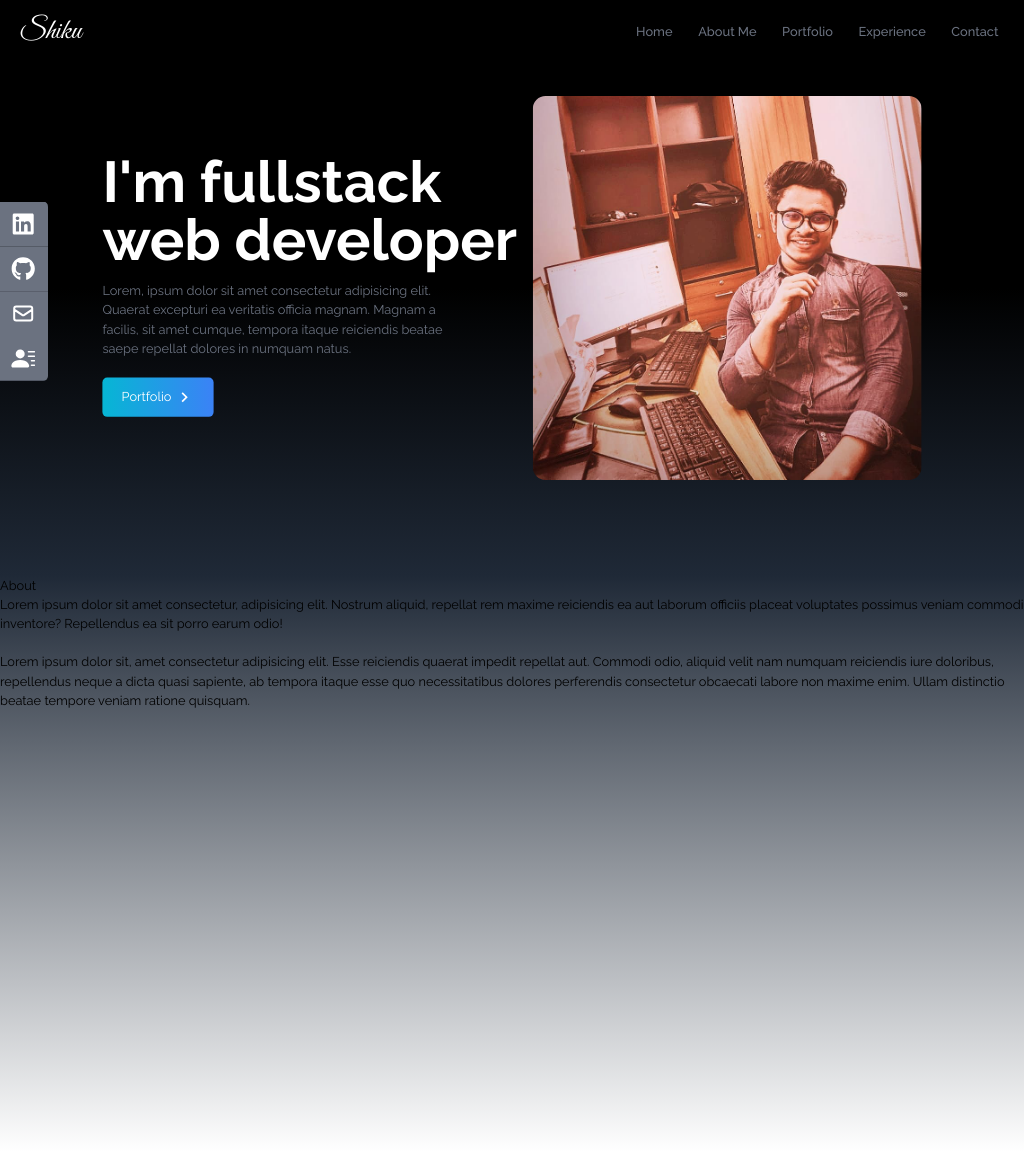
Repository: shikubro90/portfolio2
Page: /
These files come from the project's save history. The page is drawn as it stood at one moment and after the next save; the edit follows.
The browser window is 1280 px wide. The pictures show the whole page, at 80% of full size.
The project was rebuilt for these pictures with package versions that can differ from the ones it lists, and the page was loaded fresh each time. Imported but missing from the stored project, and not drawn on this page: src/assets/CV.pdf.

Above is the page before, as saved 2022-08-26 13:36:28.

After the next save:
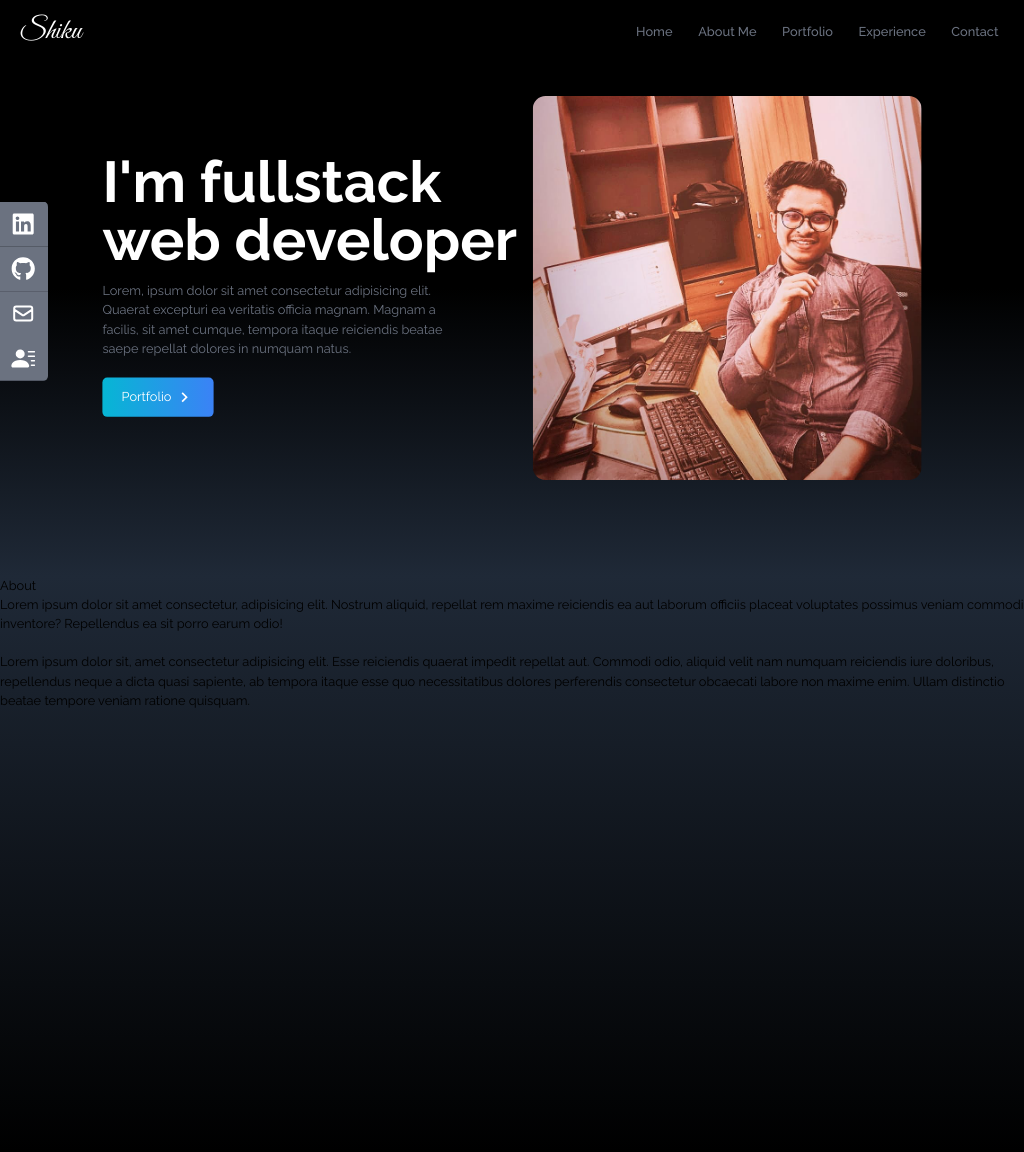
Saved 6 s later.
--- a/src/components/About.jsx
+++ b/src/components/About.jsx
@@ -2,7 +2,7 @@ import React from 'react'
 
 const About = () => {
   return (
-    <div name="about" className='w-full h-screen bg-gradient-to-b from-gray-800 to-'>
+    <div name="about" className='w-full h-screen bg-gradient-to-b from-gray-800 to-black'>
       <div>
         <p>About</p>
       </div>
